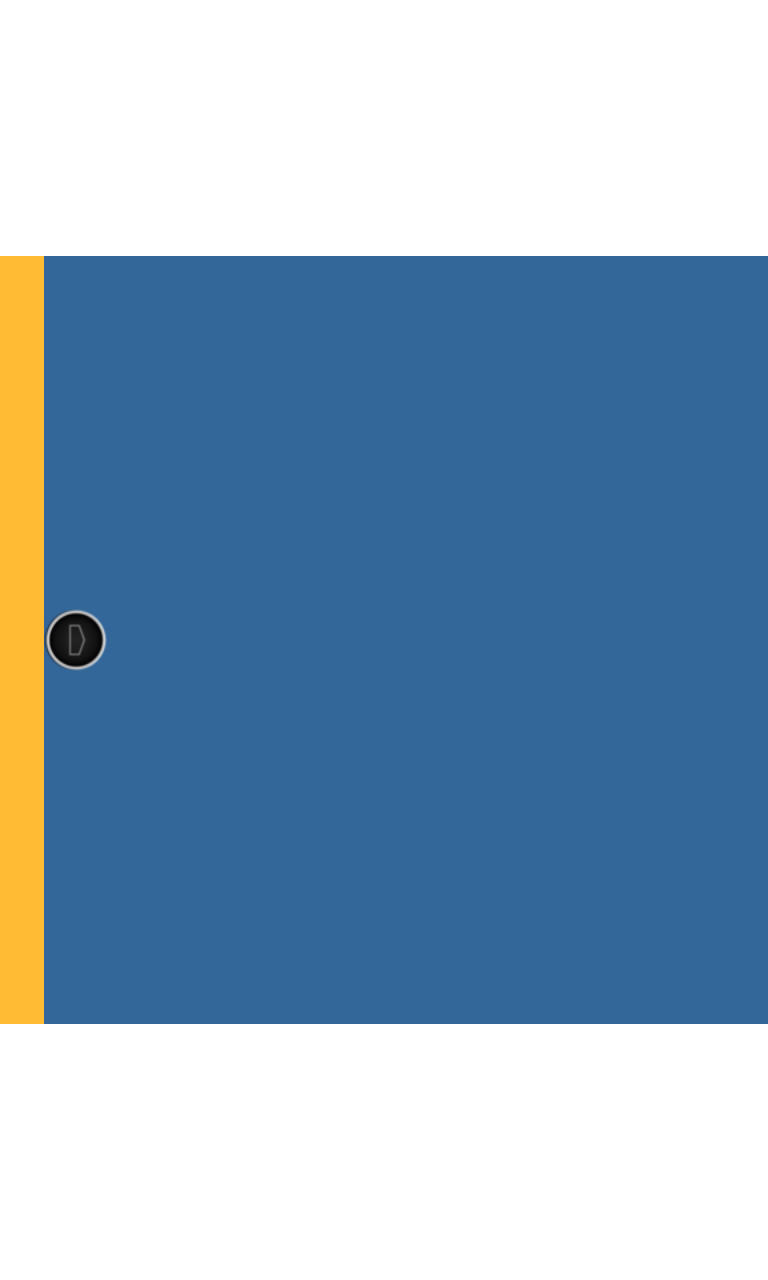
Repository: complexityclass/GosClient
Layout: Client/res/layout/activity_service.xml
An editor plug-in stored every save of this project. The layout is shown before and after a run of saves, followed by the edit.
It is drawn on a 768 x 1280 px phone screen (xhdpi) without system bars, with theme AppTheme; the app's code is not run. Lists and similar views that code fills are empty.

Above is the layout before, as saved 2013-04-19 14:31:44.

### Client/res/layout/activity_service.xml
<?xml version="1.0" encoding="utf-8"?>
<LinearLayout xmlns:android="http://schemas.android.com/apk/res/android"
    android:layout_width="fill_parent"
    android:layout_height="fill_parent"
    android:orientation="vertical" >

    <SlidingDrawer
        android:id="@+id/drawer"
        android:layout_width="fill_parent"
        android:layout_height="match_parent"
        android:background="#336699"
        android:content="@+id/content"
        android:handle="@+id/handle"
        android:rotation="90" >

        <LinearLayout
            android:id="@id/content"
            android:layout_width="fill_parent"
            android:layout_height="fill_parent"
            android:orientation="vertical"
            android:rotation="180" >

            <ExpandableListView
                android:id="@+id/exListView"
                android:layout_width="fill_parent"
                android:layout_height="wrap_content"
                android:background="@drawable/back"
                android:indicatorLeft="250dp"
                android:indicatorRight="300dp" />
        </LinearLayout>

        <LinearLayout
            android:id="@id/handle"
            android:layout_width="match_parent"
            android:layout_height="wrap_content"
            android:orientation="vertical"
            android:rotation="180" >

            <LinearLayout
                android:id="@+id/linlay"
                android:layout_width="match_parent"
                android:layout_height="wrap_content"
                android:orientation="vertical" >

                <TextView
                    android:id="@+id/textView3"
                    android:layout_width="match_parent"
                    android:layout_height="50dp"
                    android:background="@android:color/holo_orange_light"
                    android:text="TextView3" />

                <TextView
                    android:id="@+id/textView1"
                    android:layout_width="match_parent"
                    android:layout_height="50dp"
                    android:background="@android:color/holo_orange_light"
                    android:text="TextView1" />

                <TextView
                    android:id="@+id/textView2"
                    android:layout_width="match_parent"
                    android:layout_height="50dp"
                    android:background="@android:color/holo_orange_light"
                    android:text="TextView2" />
            </LinearLayout>

            <ImageView
                android:id="@+id/imageView23"
                android:layout_width="match_parent"
                android:layout_height="fill_parent"
                android:contentDescription="@string/Habarovsk"
                android:src="@drawable/upbutton" />
        </LinearLayout>
    </SlidingDrawer>

</LinearLayout>

### Client/res/values/strings.xml
<?xml version="1.0" encoding="utf-8"?>
<resources>

    <string name="app_name">Client</string>
    <string name="hello_world">Hello world!</string>
    <string name="menu_settings">Settings</string>
    <string name="title_activity_main">MainActivity</string>
    <string name="title_activity_about_us">About us</string>
    <string name="title_activity_news">News</string>
    <string name="title_activity_citizen_reg">Citizens</string>
    <string name="title_activity_agencies">Agencies</string>
    <string name="title_activity_areas_of">Areas</string>
    <string name="agencies_ru">Ведомства</string>
    <string name="about_project_ru">О проекте</string>
    <string name="areas_of_ru">Направления деятельности</string>
    <string name="news_ru">Новости</string>
    <string name="organizations_ru">Организациям</string>
    <string name="electronic_services_ru">Электронные услуги</string>
    <string name="life_situations_ru">Жизненные ситуации</string>
    <string name="information_ru">Информация</string>
    <string name="visitor_statistics_ru">Статистика посещений</string>
    <string name="search_news_ru">Поиск по новостям</string>
    <string name="citizens_ru">Гражданам</string>
    <string name="spots_treatment_ru">Места обращения</string>
    <string name="useful_links_ru">Полезные ссылки</string>
    <string name="universal_card_ru">Развитие универсальной электронной карты</string>
    <string name="faq_ru">Часто задаваемые вопросы</string>
    <string name="title_activity_test">TestActivity</string>
    <string name="title_activity_web_view">WebViewActivity</string>
    <string name="title_section3">Section 3</string>
    <string name="title_section2">Section 2</string>
    <string name="title_section1">Section 1</string>
    <string name="title_activity_swipe">SwipeActivity</string>
    <string name="title_activity_life_situations">LifeSituationsActivity</string>
    <string name="action_settings">Settings</string>
    <string name="label1">Tab 1</string>
    <string name="label2">Tab 2</string>
    <string name="label3">Tab 3</string>
    <string name="federational">Федеральные</string>
    <string name="munitipal">Муниципальные</string>
    <string name="regional">Региональные</string>
    <string name="title_activity_expandable_list_view_test">ExpandableListViewTest</string>
    <string name="title_activity_expandable_list">ExpandableListActivity</string>
    <string name="Habarovsk_Servise">Хабаровск Услуги</string>
    <string name="Habarovsk">Habarovsk</string>
    <string name="title_activity_service">ServiceActivity</string>

</resources>

Loaded but not shown: Client/res/values-v11/styles.xml (common file); Client/res/values-v14/styles.xml (common file); Client/res/values/styles.xml (common file)

After the next 2 saves:
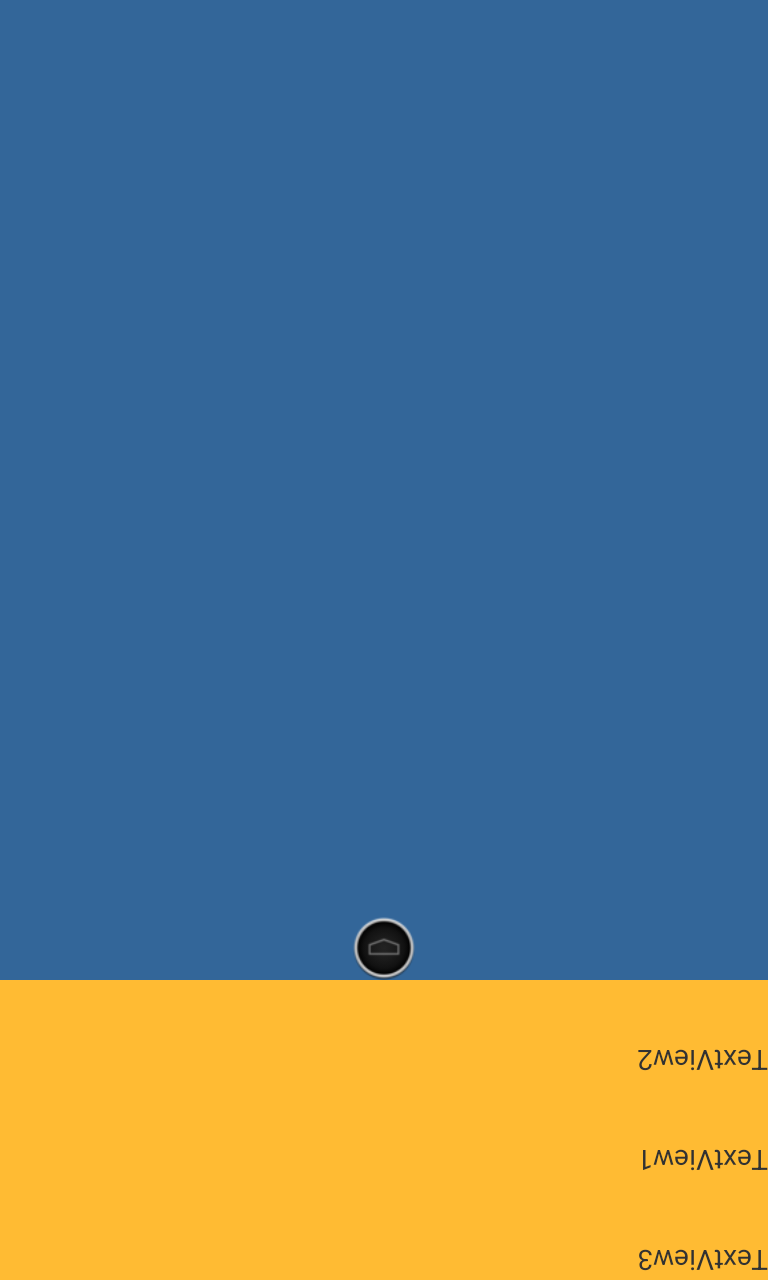
The 2 saves are shown as one change because they came seconds apart.
The last was saved 93 s later.
--- a/Client/res/layout/activity_service.xml
+++ b/Client/res/layout/activity_service.xml
@@ -11,14 +11,14 @@
         android:background="#336699"
         android:content="@+id/content"
         android:handle="@+id/handle"
-        android:rotation="90" >
+        android:rotation="0" >
 
         <LinearLayout
             android:id="@id/content"
             android:layout_width="fill_parent"
             android:layout_height="fill_parent"
             android:orientation="vertical"
-            android:rotation="180" >
+            android:rotation="0" >
 
             <ExpandableListView
                 android:id="@+id/exListView"
